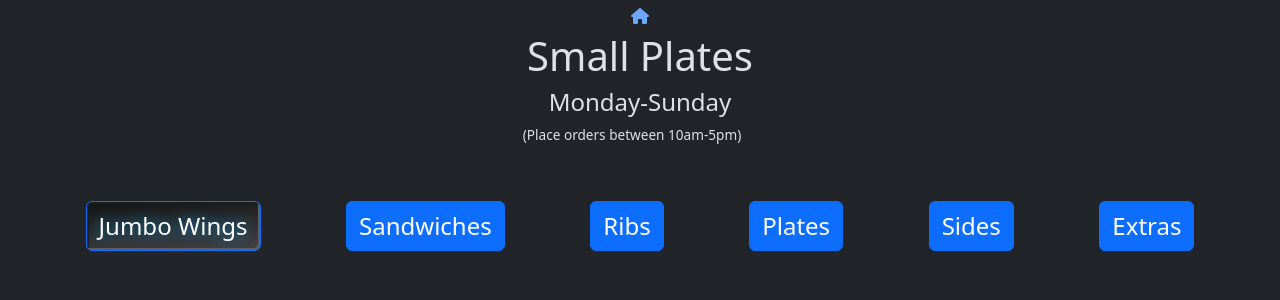
Repository: dukedward/smokehousemenu
Page: plates/index.html
These files come from the project's save history. The page is drawn as it stood at one moment and after the next save; the edit follows.
The browser window is 1280 px wide. The pictures show the whole page.
After loading, the first visible `button.btn` was clicked once.
The page's requests for data from a server got no answer. Some web libraries are served in a nearby version.

Above is the page before, as saved 2023-03-09 10:44:02.

### plates/index.html
<!DOCTYPE html>
<html lang="en" data-bs-theme="dark">
<head>
    <meta charset="UTF-8">
    <meta http-equiv="X-UA-Compatible" content="IE=edge">
    <meta name="viewport" content="width=device-width, initial-scale=1.0">
    <link rel="stylesheet" href="https://cdnjs.cloudflare.com/ajax/libs/font-awesome/6.3.0/css/all.min.css" integrity="sha512-SzlrxWUlpfuzQ+pcUCosxcglQRNAq/DZjVsC0lE40xsADsfeQoEypE+enwcOiGjk/bSuGGKHEyjSoQ1zVisanQ==" crossorigin="anonymous" referrerpolicy="no-referrer" />
    <link href="https://cdn.jsdelivr.net/npm/bootstrap@5.3.0-alpha1/dist/css/bootstrap.min.css" rel="stylesheet" integrity="sha384-GLhlTQ8iRABdZLl6O3oVMWSktQOp6b7In1Zl3/Jr59b6EGGoI1aFkw7cmDA6j6gD" crossorigin="anonymous">
    <link rel="stylesheet" href="../style.css" />
    <link rel="shortcut icon" href="../images/favicon.ico" type="image/x-icon">
    <title>Small Plates</title>
</head>
<body>
    <div class="title">
        <a href="/">
            <i class="fa-solid fa-house mt-2 mb-2"></i>
        </a>
        <h1>Small Plates</h1>
        <h4>Monday-Sunday</h4>
        <p>(Place orders between 10am-5pm)</p>
    </div>
    <div class="food-nav">
        <button class="btn btn-primary btnReal">
            <span>Jumbo Wings</span>
        </button>
        <button class="btn btn-primary btnReal">
            <span>Sandwiches</span>
        </button>
        <button class="btn btn-primary btnReal">
            <span>Ribs</span>
        </button>
        <button class="btn btn-primary btnReal">
            <span>Plates</span>
        </button>
        <button class="btn btn-primary btnReal">
            <span>Sides</span>
        </button>
        <button class="btn btn-primary btnReal">
            <span>Extras</span>
        </button>
    </div>
    <div class="sections"></div>
    <script src="https://cdn.jsdelivr.net/npm/bootstrap@5.3.0-alpha1/dist/js/bootstrap.bundle.min.js" integrity="sha384-w76AqPfDkMBDXo30jS1Sgez6pr3x5MlQ1ZAGC+nuZB+EYdgRZgiwxhTBTkF7CXvN" crossorigin="anonymous"></script>
    <script src="../script.js"></script>
</body>
</html>

### style.css
.container {
    height: 100vh;
}

.title {
	display: flex;
	flex-direction: column;
	justify-content: center;
	align-items: center;
}

.sections {
	display: grid;
}

.sect, .sub-sect {
	display: flex;
	flex-direction: column;
	justify-content: left;
	align-items: center;
	margin-top: 1rem;
}

.sect h2,h3 {
    margin-bottom: 0;
}

.desc {
    display: flex;
    flex-direction: row;
    justify-content: space-between;
}

.desc p,.title p {
    padding-right: 1rem;
    font-size: .85rem;
}

.realistic {
    display: flex;
    flex-wrap: wrap;
    justify-content: space-evenly;
    align-items: center;
    height: 100vh;
    margin: 0;
}

.title {
	display: flex;
	flex-direction: column;
	justify-content: center;
	align-items: center;
}

.food-nav {
    width: 100%;
    padding: 0;
    margin: 40px auto 10px auto;
    display: flex;
    flex-flow: row wrap;
    justify-content: space-evenly;
    align-items: center;
}

.btnReal span {
    font-size: 1.5em;
}

.button-clicked {
    background: linear-gradient(
        -185deg, #131313, #444245
    );
    box-shadow: inset -2px -2px 0px #5e5e5e,
        inset 2px 2px 0px #1c1c1c;
}

.icon-clicked {
    color: #fff;
    text-shadow: 0px 0px 15px #008ece;
}

.sections {
	display: grid;
}

.sect, .sub-sect {
	display: flex;
	flex-direction: column;
	justify-content: left;
	align-items: center;
	margin-top: 1rem;
}

.sect h2,h3 {
    margin-bottom: 0;
}

.desc {
    display: flex;
    flex-direction: row;
    justify-content: space-between;
}

.desc p,.title p {
    padding-right: 1rem;
    font-size: .85rem;
}

@media screen and (max-width: 767px) {
    .food-nav {
        flex-direction: column;
        margin-top: 15px;
    }

    .btnReal {
        width: 100%;
		margin-bottom: .5rem;
    }
}

### script.js
// Select all buttons
const btns = document.querySelectorAll('.btnReal');
const sections = document.querySelector('.sections')

// Event listener
btns.forEach(btn => {
    btn.addEventListener('click', e => {
        btns.forEach(btn => {
            btn.classList.remove('button-clicked');
            btn.firstElementChild.classList.remove('icon-clicked')
        })
        let btnName = btn.firstElementChild.innerHTML
        // console.log(btnName);
        btn.classList.add('button-clicked');
        btn.firstElementChild.classList.add('icon-clicked')
        removeAllChildNodes(sections)
        fetch(`https://backend4theforkofit.herokuapp.com/api/categories/name/${btnName}`)
        .then(function(res){
            return res.json()
        })
        .then(function (data) {
            category = data
            // console.log(category);
            const catID = category._id;
            // console.log(catID);
            // create a new div element
            const lineBreak = document.createElement("hr");
            const newDiv = document.createElement("div");
            newDiv.className = "sect";
            // and give it some content
            // Section Title
            const newSectTitle = document.createElement("h2");
            // console.log(category.name);
            newSectTitle.innerHTML = category.name;
            // Section Description
            const catDesc = category.description
            // console.log(catDesc.length);
            const newDesc = document.createElement("div");
            newDesc.className = "desc";
            catDesc.forEach( des => {
                const newDescText = document.createElement("p");
                newDescText.innerHTML = des.text;
                // console.log(des.text);
                newDesc.appendChild(newDescText);
            })
            newDiv.appendChild(newSectTitle)
            newDiv.appendChild(newDesc)
            // console.log(category.hasSubSection);
            if (category.hasSubSection === true) {
                fetch(`https://backend4theforkofit.herokuapp.com/api/subCategories/category/${catID}`)
                .then( res => res.json())
                .then( data => {
                    subCategories = data
                    // console.log(subCategories);
                    subCategories.forEach( subCat => {
                        const subCatID = subCat._id
                        // console.log(subCatID);
                        // Sub Section
                        const newSubSect = document.createElement('div');
                        newSubSect.className = 'sub-sect';
                        // Sub Section Title
                        const newSubSectTitle = document.createElement('h4');
                        newSubSectTitle.innerHTML = subCat.name;
                        // Sub Section Description
                        const newSubSectDesc = document.createElement('div');
                        newSubSectDesc.className = 'desc';
                        const subCatDes = subCat.description
                        subCatDes.forEach( subDes => {
                            const newSubSectDescText = document.createElement('p')
                            newSubSectDescText.innerHTML = subDes.text
                            newSubSectDesc.appendChild(newSubSectDescText);
                        })
                        // Sub Section List
                        const newSubSectList = document.createElement('ul')
                        fetch(`https://backend4theforkofit.herokuapp.com/api/products/subCategory/${subCatID}`)
                        .then( res => res.json() )
                        .then( data => {
                            products = data
                            // console.log(products);
                            products.forEach( product => {
                                const newSubSectListItem = document.createElement('li');
                                // console.log(product.name);
                                newSubSectListItem.innerHTML = product.name;
                                newSubSectList.appendChild(newSubSectListItem);
                            })
                        })
                        newSubSect.appendChild(newSubSectTitle)
                        newSubSect.appendChild(newSubSectDesc)
                        newSubSect.appendChild(newSubSectList)
                        newDiv.appendChild(newSubSect)
                    })
                })
            } else {
                const newSectList = document.createElement('ul')
                fetch(`https://backend4theforkofit.herokuapp.com/api/products/category/${catID}`)
                .then( res => res.json() )
                .then( data => {
                    products = data
                    // console.log(products);
                    products.forEach( product => {
                        const newSectListItem = document.createElement('li');
                        // console.log(product.name);
                        newSectListItem.innerHTML = product.name;
                        newSectList.appendChild(newSectListItem);
                    })
                })
                newDiv.appendChild(newSectList)
            }
            sections.appendChild(lineBreak);
            sections.appendChild(newDiv);
        });
    })
});

function removeAllChildNodes(parent) {
    while (parent.firstChild) {
        parent.removeChild(parent.firstChild);
    }
}

After the next save:
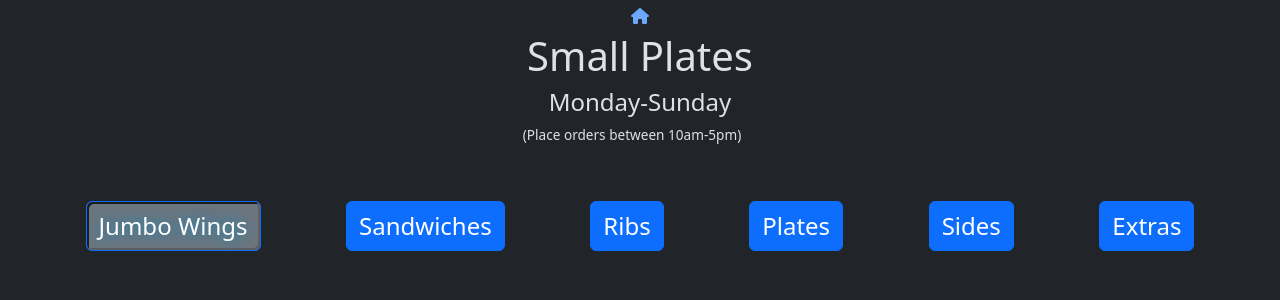
Saved 100 s later.
--- a/style.css
+++ b/style.css
@@ -67,9 +67,7 @@
 }
 
 .button-clicked {
-    background: linear-gradient(
-        -185deg, #131313, #444245
-    );
+    background: #6c757d;
     box-shadow: inset -2px -2px 0px #5e5e5e,
         inset 2px 2px 0px #1c1c1c;
 }
